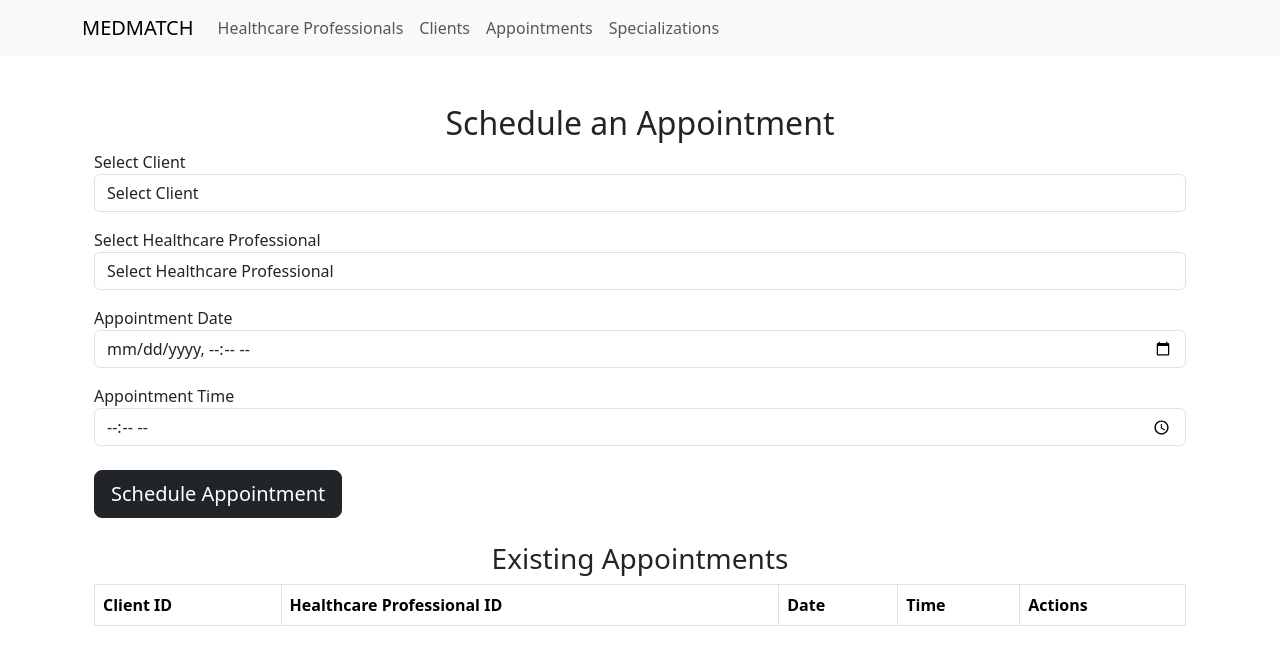
Repository: fahma20/medmatch-platform
Page: /appointments (app in client/)
These files come from the project's save history. The page is drawn as it stood at one moment and after a run of saves; the edit follows.
The browser window is 1280 px wide. The pictures show the whole page.
The page's requests for data from a server got no answer. The project was rebuilt for these pictures with package versions that can differ from the ones it lists, and the page was loaded fresh each time. No one was signed in, and anything a server would have sent is missing. Also part of the build but not shown: client/src/components/Healthcareprofessionals.js, client/src/components/Specializations.js, client/src/components/Clients.js, client/src/components/Homepage.js.

Above is the page before, as saved 2025-01-31 09:46:34.

### client/src/index.js
import React from "react";
import ReactDOM from "react-dom";
import App from './components/App';  // Correct path to the App component


ReactDOM.render(
  <React.StrictMode>
    <App />
  </React.StrictMode>,
  document.getElementById("root")
);

### client/src/components/App.js
import React from 'react';
import { BrowserRouter as Router, Routes, Route } from 'react-router-dom';
import 'bootstrap/dist/css/bootstrap.min.css';

import HealthcareProfessionals from './Healthcareprofessionals'; // Ensure the correct name and casing
import Specializations from './Specializations';
import Appointments from './Appointments';
import Clients from './Clients';
import Navbar from './Navbar';
import HomePage from './Homepage'; // Corrected import to HomePage

const App = () => {
  return (
    <Router>
      <Navbar /> {/* Your Navbar component */}
      <div className="container mt-5">
        <Routes>
          {/* Add HomePage as the route for the root path */}
          <Route path="/" element={<HomePage />} /> {/* Home Page */}
          <Route path="/clients" element={<Clients />} />
          <Route path="/appointments" element={<Appointments />} />
          <Route path="/specializations" element={<Specializations />} />
          <Route path="/healthcare-professionals" element={<HealthcareProfessionals />} /> {/* Healthcare Professionals Page */}
        </Routes>
      </div>
    </Router>
  );
};

export default App;

### client/src/components/Appointments.js

/*
import React, { useState, useEffect } from 'react';
import { Formik, Field, Form, ErrorMessage } from 'formik';
import * as Yup from 'yup';

const Appointments = () => {
  const [appointments, setAppointments] = useState([]);

  // Fetch appointments
  useEffect(() => {
    const fetchAppointments = async () => {
      try {
        const response = await fetch('http://127.0.0.1:5000/api/appointments');
        const data = await response.json();
        setAppointments(data);
      } catch (error) {
        console.error('Error fetching appointments:', error);
      }
    };
    fetchAppointments();
  }, []);

  // Validation schema for creating/editing appointment
  const validationSchema = Yup.object({
    clientId: Yup.number().required('Client ID is required'),
    doctorId: Yup.number().required('Doctor ID is required'),
    appointmentDate: Yup.date().required('Appointment date is required'),
  });

  // Handle form submission (create new appointment)
  const handleSubmit = async (values, { resetForm }) => {
    try {
      const response = await fetch('http://127.0.0.1:5000/api/appointments', {
        method: 'POST',
        headers: {
          'Content-Type': 'application/json',
        },
        body: JSON.stringify(values),
      });

      if (!response.ok) {
        console.error('Error adding appointment:', response);
        return;
      }

      const newAppointment = await response.json();
      setAppointments((prevAppointments) => [...prevAppointments, newAppointment]);
      resetForm();
    } catch (error) {
      console.error('Error adding appointment:', error);
    }
  };

  // Handle deleting an appointment
  const handleDelete = async (id) => {
    try {
      const response = await fetch(`http://127.0.0.1:5000/api/appointments/${id}`, {
        method: 'DELETE',
      });

      if (!response.ok) {
        console.error('Error deleting appointment:', response);
        return;
      }

      setAppointments((prevAppointments) =>
        prevAppointments.filter((appointment) => appointment.id !== id)
      );
    } catch (error) {
      console.error('Error deleting appointment:', error);
    }
  };

  return (
    <div>
      <h2>Appointments</h2>

      <Formik
        initialValues={{
          clientId: '',
          doctorId: '',
          appointmentDate: '',
        }}
        validationSchema={validationSchema}
        onSubmit={handleSubmit}
      >
        <Form>
          <div className="form-group">
            <label htmlFor="clientId">Client ID</label>
            <Field
              type="number"
              id="clientId"
              name="clientId"
              className="form-control"
            />
            <ErrorMessage name="clientId" component="div" className="text-danger" />
          </div>

          <div className="form-group">
            <label htmlFor="doctorId">Doctor ID</label>
            <Field
              type="number"
              id="doctorId"
              name="doctorId"
              className="form-control"
            />
            <ErrorMessage name="doctorId" component="div" className="text-danger" />
          </div>

          <div className="form-group">
            <label htmlFor="appointmentDate">Appointment Date</label>
            <Field
              type="date"
              id="appointmentDate"
              name="appointmentDate"
              className="form-control"
            />
            <ErrorMessage name="appointmentDate" component="div" className="text-danger" />
          </div>

          <button type="submit" className="btn btn-primary">Add Appointment</button>
        </Form>
      </Formik>

      <div className="mt-4">
        <h3>Appointments List</h3>
        {appointments.length === 0 ? (
          <p>No appointments available.</p>
        ) : (
          appointments.map((appointment) => (
            <div key={appointment.id} className="card mb-3">
              <div className="card-body">
                <h5 className="card-title">Appointment ID: {appointment.id}</h5>
                <p className="card-text">
                  <strong>Client ID:</strong> {appointment.clientId}
                </p>
                <p className="card-text">
                  <strong>Doctor ID:</strong> {appointment.doctorId}
                </p>
                <p className="card-text">
                  <strong>Date:</strong> {new Date(appointment.appointmentDate).toLocaleDateString()}
                </p>
                <button
                  className="btn btn-danger"
                  onClick={() => handleDelete(appointment.id)}
                >
                  Delete
                </button>
              </div>
            </div>
          ))
        )}
      </div>
    </div>
  );
};

export default Appointments;
*/
import React, { useState, useEffect } from 'react';

const Appointments = () => {
    const [clients, setClients] = useState([]);
    const [professionals, setProfessionals] = useState([]);
    const [appointments, setAppointments] = useState([]);
    const [appointmentDate, setAppointmentDate] = useState('');
    const [appointmentTime, setAppointmentTime] = useState('');
    const [clientId, setClientId] = useState('');
    const [professionalId, setProfessionalId] = useState('');
    const [message, setMessage] = useState('');

    // Fetch clients and healthcare professionals
    useEffect(() => {
        const fetchClients = async () => {
            const response = await fetch('http://127.0.0.1:5000/api/clients');
            const data = await response.json();
            setClients(data);
        };

        const fetchProfessionals = async () => {
            const response = await fetch('http://127.0.0.1:5000/api/healthcare_professionals');
            const data = await response.json();
            setProfessionals(data);
        };

        const fetchAppointments = async () => {
            const response = await fetch('http://127.0.0.1:5000/api/appointments');
            const data = await response.json();
            setAppointments(data);
        };

        fetchClients();
        fetchProfessionals();
        fetchAppointments();
    }, []);

    // Handle form submission for creating appointment
    const handleSubmit = async (e) => {
        e.preventDefault();

        const newAppointment = {
            client_id: clientId,
            healthcare_professional_id: professionalId,
            date: appointmentDate,
            time: appointmentTime,
        };

        try {
            const response = await fetch('http://127.0.0.1:5000/api/appointments', {
                method: 'POST',
                headers: {
                    'Content-Type': 'application/json',
                },
                body: JSON.stringify(newAppointment),
            });

            if (response.ok) {
                const result = await response.json();
                // Add the newly created appointment to the appointments list without refreshing
                setAppointments((prevAppointments) => [...prevAppointments, result]);
                setMessage('Appointment scheduled successfully!');
                resetForm();
            } else {
                setMessage('There was an issue scheduling the appointment.');
            }
        } catch (error) {
            setMessage('Error connecting to the server.');
        }
    };

    const resetForm = () => {
        setClientId('');
        setProfessionalId('');
        setAppointmentDate('');
        setAppointmentTime('');
    };

    // Handle appointment deletion
    const handleDelete = async (appointmentId) => {
        try {
            const response = await fetch(`http://127.0.0.1:5000/api/appointments/${appointmentId}`, {
                method: 'DELETE',
            });

            if (response.ok) {
                setAppointments((prevAppointments) =>
                    prevAppointments.filter((appointment) => appointment.id !== appointmentId)
                );
                setMessage('Appointment deleted successfully!');
            } else {
                setMessage('Error deleting the appointment.');
            }
        } catch (error) {
            setMessage('Error connecting to the server.');
        }
    };

    return (
        <div className="container mt-4">
            <h2 className="text-center">Schedule an Appointment</h2>
            <form onSubmit={handleSubmit}>
                <div className="form-group">
                    <label>Select Client</label>
                    <select
                        className="form-control"
                        value={clientId}
                        onChange={(e) => setClientId(e.target.value)}
                    >
                        <option value="">Select Client</option>
                        {clients.map((client) => (
                            <option key={client.id} value={client.id}>
                                {client.name}
                            </option>
                        ))}
                    </select>
                </div>
                <div className="form-group mt-3">
                    <label>Select Healthcare Professional</label>
                    <select
                        className="form-control"
                        value={professionalId}
                        onChange={(e) => setProfessionalId(e.target.value)}
                    >
                        <option value="">Select Healthcare Professional</option>
                        {professionals.map((professional) => (
                            <option key={professional.id} value={professional.id}>
                                {professional.name}
                            </option>
                        ))}
                    </select>
                </div>
                <div className="form-group mt-3">
                    <label>Appointment Date</label>
                    <input
                        type="datetime-local"
                        className="form-control"
                        value={appointmentDate}
                        onChange={(e) => setAppointmentDate(e.target.value)}
                        required
                    />
                </div>
                <div className="form-group mt-3">
                    <label>Appointment Time</label>
                    <input
                        type="time"
                        className="form-control"
                        value={appointmentTime}
                        onChange={(e) => setAppointmentTime(e.target.value)}
                        required
                    />
                </div>
                <button type="submit" className="btn btn-dark btn-lg mt-4">
                    Schedule Appointment
                </button>
            </form>

            {message && <div className="mt-4 alert alert-info">{message}</div>}

            <div className="mt-4">
                <h3 className="text-center">Existing Appointments</h3>
                <table className="table table-bordered">
                    <thead>
                        <tr>
                            <th>Client ID</th>
                            <th>Healthcare Professional ID</th>
                            <th>Date</th>
                            <th>Time</th>
                            <th>Actions</th>
                        </tr>
                    </thead>
                    <tbody>
                        {appointments.map((appointment) => (
                            <tr key={appointment.id}>
                                <td>{appointment.client_id}</td>
                                <td>{appointment.healthcare_professional_id}</td>
                                <td>{appointment.date}</td>
                                <td>{appointment.time}</td>
                                <td>
                                    <button
                                        className="btn btn-danger"
                                        onClick={() => handleDelete(appointment.id)}
                                    >
                                        Delete
                                    </button>
                                </td>
                            </tr>
                        ))}
                    </tbody>
                </table>
            </div>
        </div>
    );
};

export default Appointments;

### client/src/components/Navbar.js
/*import React from 'react';
import { Link } from 'react-router-dom';

const Navbar = () => {
  return (
    <nav className="navbar navbar-expand-lg navbar-light bg-light">
      <a className="navbar-brand" href="/">MedMatch</a>
      <div className="collapse navbar-collapse">
        <ul className="navbar-nav ml-auto">
          <li className="nav-item">
            <Link className="nav-link" to="/">Healthcare Professionals</Link>
          </li>
          <li className="nav-item">
            <Link className="nav-link" to="/clients">Clients</Link>
          </li>
          <li className="nav-item">
            <Link className="nav-link" to="/appointments">Appointments</Link>
          </li>
        </ul>
      </div>
    </nav>
  );
};

export default Navbar;
*/

// Navbar.js
import React from 'react';
import { Link } from 'react-router-dom';

const Navbar = () => {
  return (
    <nav className="navbar navbar-expand-lg navbar-light bg-light">
      <div className="container">
        <Link className="navbar-brand" to="/">MEDMATCH</Link>
        <button
          className="navbar-toggler"
          type="button"
          data-bs-toggle="collapse"
          data-bs-target="#navbarNav"
          aria-controls="navbarNav"
          aria-expanded="false"
          aria-label="Toggle navigation"
        >
          <span className="navbar-toggler-icon"></span>
        </button>
        <div className="collapse navbar-collapse" id="navbarNav">
          <ul className="navbar-nav">
            <li className="nav-item">
              <Link className="nav-link" to="/healthcare-professionals">Healthcare Professionals</Link>
            </li>
            <li className="nav-item">
              <Link className="nav-link" to="/clients">Clients</Link>
            </li>
            <li className="nav-item">
              <Link className="nav-link" to="/appointments">Appointments</Link>
            </li>
            <li className="nav-item">
              <Link className="nav-link" to="/specializations">Specializations</Link>
            </li>
          </ul>
        </div>
      </div>
    </nav>
  );
};

export default Navbar;

Loaded but not shown: client/public/index.html (common file)

After the next 2 saves:
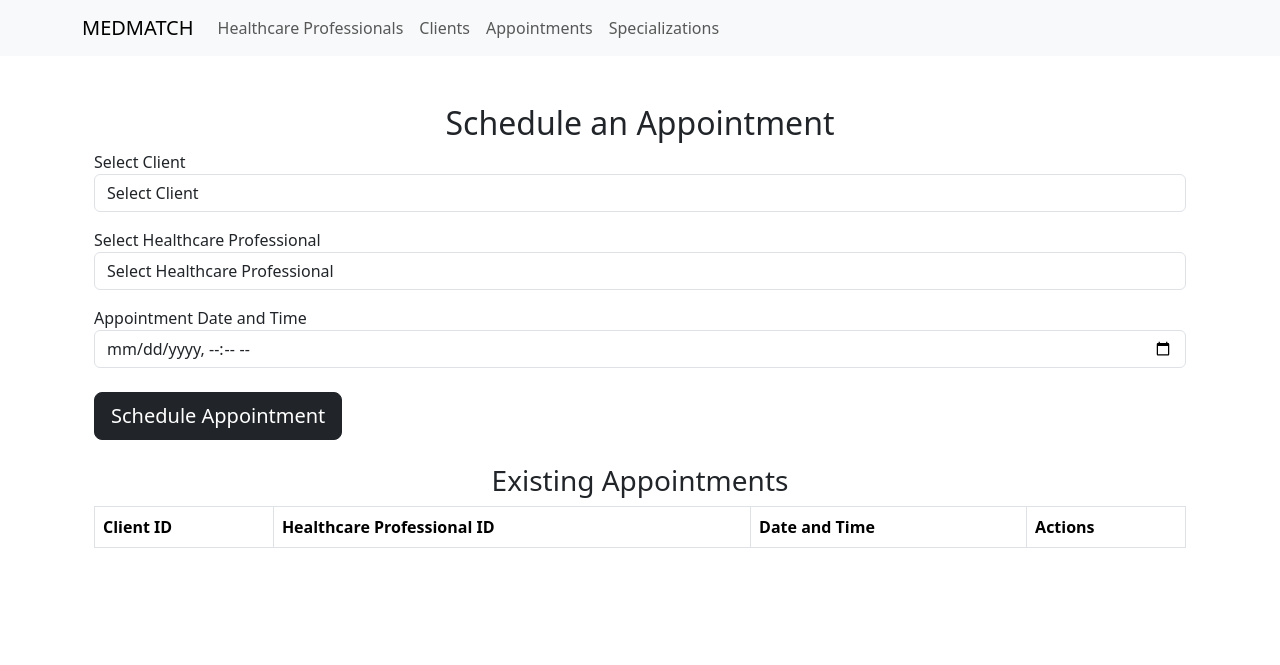
The 2 saves are shown as one change because they came seconds apart.
The last was saved 2 min 36 s later.
--- a/client/src/components/Appointments.js
+++ b/client/src/components/Appointments.js
@@ -164,8 +164,7 @@ const Appointments = () => {
     const [clients, setClients] = useState([]);
     const [professionals, setProfessionals] = useState([]);
     const [appointments, setAppointments] = useState([]);
-    const [appointmentDate, setAppointmentDate] = useState('');
-    const [appointmentTime, setAppointmentTime] = useState('');
+    const [appointmentDateTime, setAppointmentDateTime] = useState(''); // single state for datetime
     const [clientId, setClientId] = useState('');
     const [professionalId, setProfessionalId] = useState('');
     const [message, setMessage] = useState('');
@@ -202,8 +201,7 @@ const Appointments = () => {
         const newAppointment = {
             client_id: clientId,
             healthcare_professional_id: professionalId,
-            date: appointmentDate,
-            time: appointmentTime,
+            date_time: appointmentDateTime, // using the combined datetime field
         };
 
         try {
@@ -232,8 +230,7 @@ const Appointments = () => {
     const resetForm = () => {
         setClientId('');
         setProfessionalId('');
-        setAppointmentDate('');
-        setAppointmentTime('');
+        setAppointmentDateTime('');
     };
 
     // Handle appointment deletion
@@ -291,22 +288,12 @@ const Appointments = () => {
                     </select>
                 </div>
                 <div className="form-group mt-3">
-                    <label>Appointment Date</label>
+                    <label>Appointment Date and Time</label>
                     <input
                         type="datetime-local"
                         className="form-control"
-                        value={appointmentDate}
-                        onChange={(e) => setAppointmentDate(e.target.value)}
-                        required
-                    />
-                </div>
-                <div className="form-group mt-3">
-                    <label>Appointment Time</label>
-                    <input
-                        type="time"
-                        className="form-control"
-                        value={appointmentTime}
-                        onChange={(e) => setAppointmentTime(e.target.value)}
+                        value={appointmentDateTime}
+                        onChange={(e) => setAppointmentDateTime(e.target.value)}
                         required
                     />
                 </div>
@@ -324,8 +311,7 @@ const Appointments = () => {
                         <tr>
                             <th>Client ID</th>
                             <th>Healthcare Professional ID</th>
-                            <th>Date</th>
-                            <th>Time</th>
+                            <th>Date and Time</th>
                             <th>Actions</th>
                         </tr>
                     </thead>
@@ -334,8 +320,7 @@ const Appointments = () => {
                             <tr key={appointment.id}>
                                 <td>{appointment.client_id}</td>
                                 <td>{appointment.healthcare_professional_id}</td>
-                                <td>{appointment.date}</td>
-                                <td>{appointment.time}</td>
+                                <td>{appointment.date_time}</td>
                                 <td>
                                     <button
                                         className="btn btn-danger"
